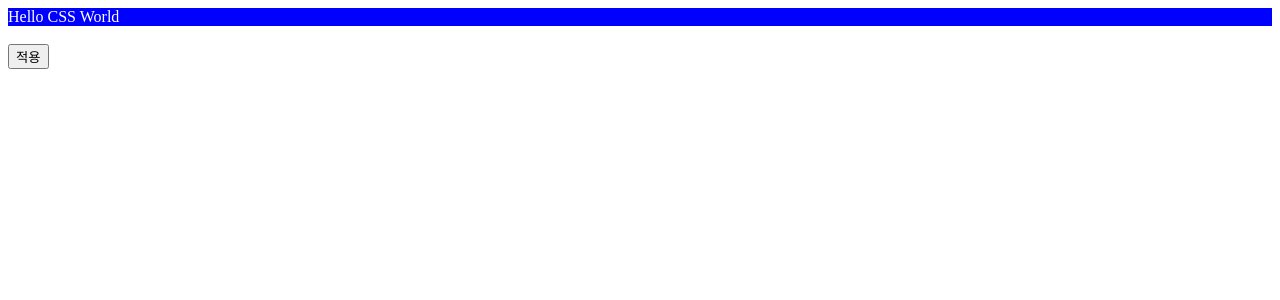
Repository: Seokho96/CSSPractice
Page: css/sample01/WebContent/index3.html
These files come from the project's save history. The page is drawn as it stood at one moment and after the next save; the edit follows.
The browser window is 1280 px wide. The pictures show the whole page.
After loading, the first visible `button` was clicked once.

Above is the page before, as saved 2020-07-13 01:49:26.

### css/sample01/WebContent/index3.html
<!DOCTYPE html>
<html>
<head>
<meta charset="UTF-8">
<title>Insert title here</title>
</head>
<body>

<div id="demo">Hello CSS World </div>
<br>

<button type="button" onclick="func()">적용</button>

<script type="text/javascript">
function func() {
	let obj = document.getElementById("demo");

	obj.style.color = 'white';
	obj.style.backgroundColor = 'blue';
}

</script>
</body>
</html>

After the next save:
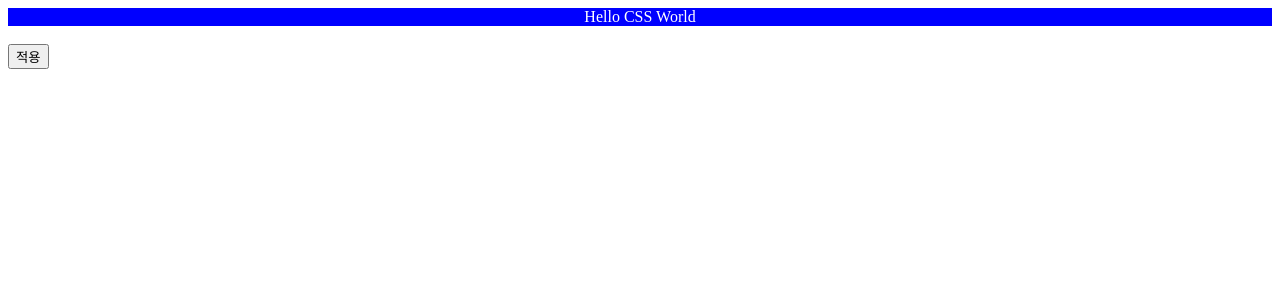
Saved 116 s later.
--- a/css/sample01/WebContent/index3.html
+++ b/css/sample01/WebContent/index3.html
@@ -16,7 +16,9 @@ function func() {
 	let obj = document.getElementById("demo");
 
 	obj.style.color = 'white';
-	obj.style.backgroundColor = 'blue';
+	obj.style.backgroundColor = '#0000ff';
+    obj.style.textAlign = 'center';
+    obj.borderStyle = 'double';
 }
 
 </script>
